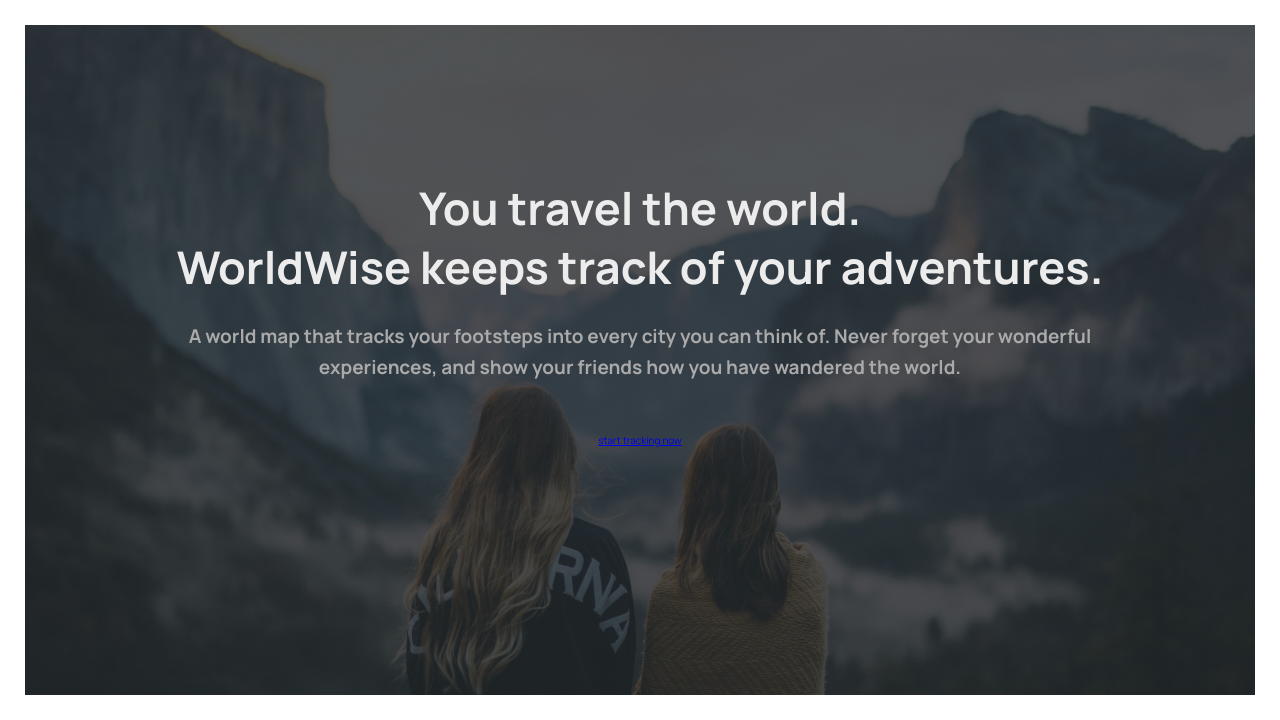
Repository: ayakhaled0001/worldwise
Page: /
These files come from the project's save history. The page is drawn as it stood at one moment and after the next save; the edit follows.
The browser window is 1280 px wide. The pictures show the whole page.
Some web libraries are served in a nearby version. The project was rebuilt for these pictures with package versions that can differ from the ones it lists, and the page was loaded fresh each time. Also part of the build but not shown: vite.config.js, src/components/PageNav.module.css, src/components/PageNav.jsx, src/pages/Product.jsx, src/pages/Pricing.jsx, src/pages/PageNotFound.jsx, src/components/AppNav.module.css, src/components/AppNav.jsx and 1 more.

Above is the page before, as saved 2025-02-02 01:13:42.

After the next save:
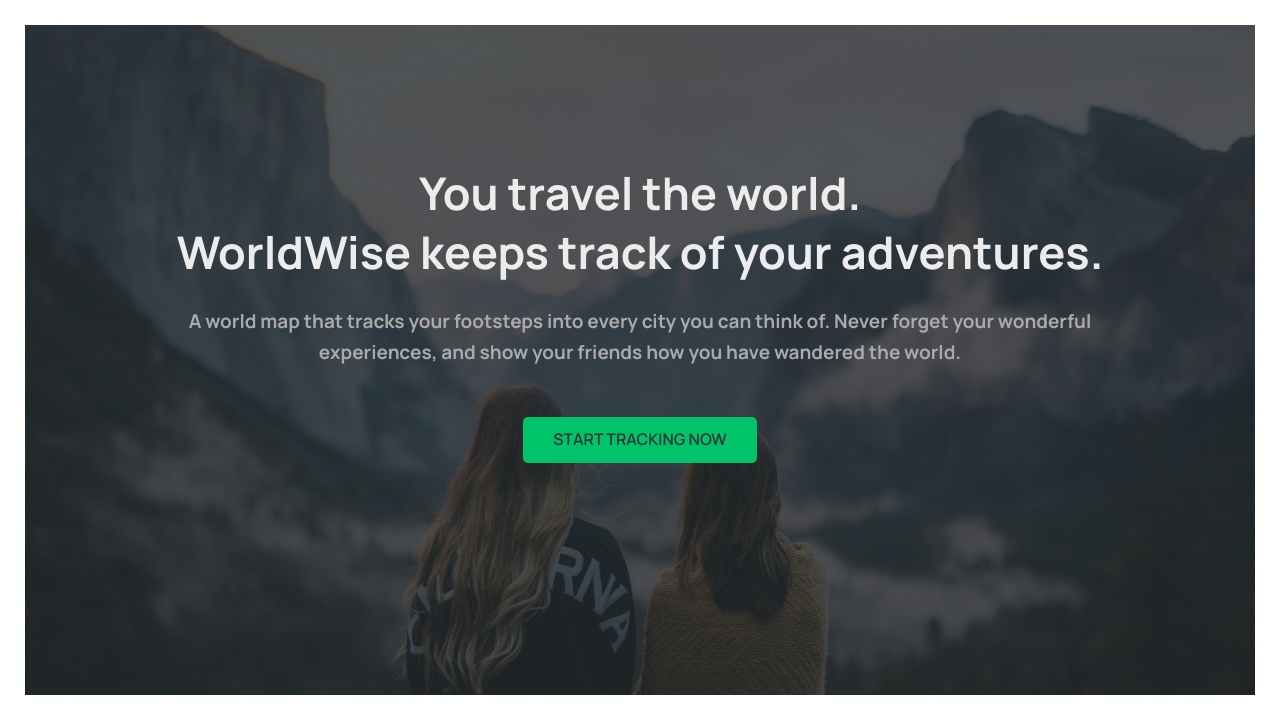
Saved 103 s later.
--- a/src/pages/Homepage.jsx
+++ b/src/pages/Homepage.jsx
@@ -14,7 +14,9 @@ export default function Homepage() {
           of. Never forget your wonderful experiences, and show your friends how
           you have wandered the world.
         </h2>
-        <Link to="/app">start tracking now</Link>
+        <Link to="/app" className="cta">
+          start tracking now
+        </Link>
       </section>
     </main>
   );
